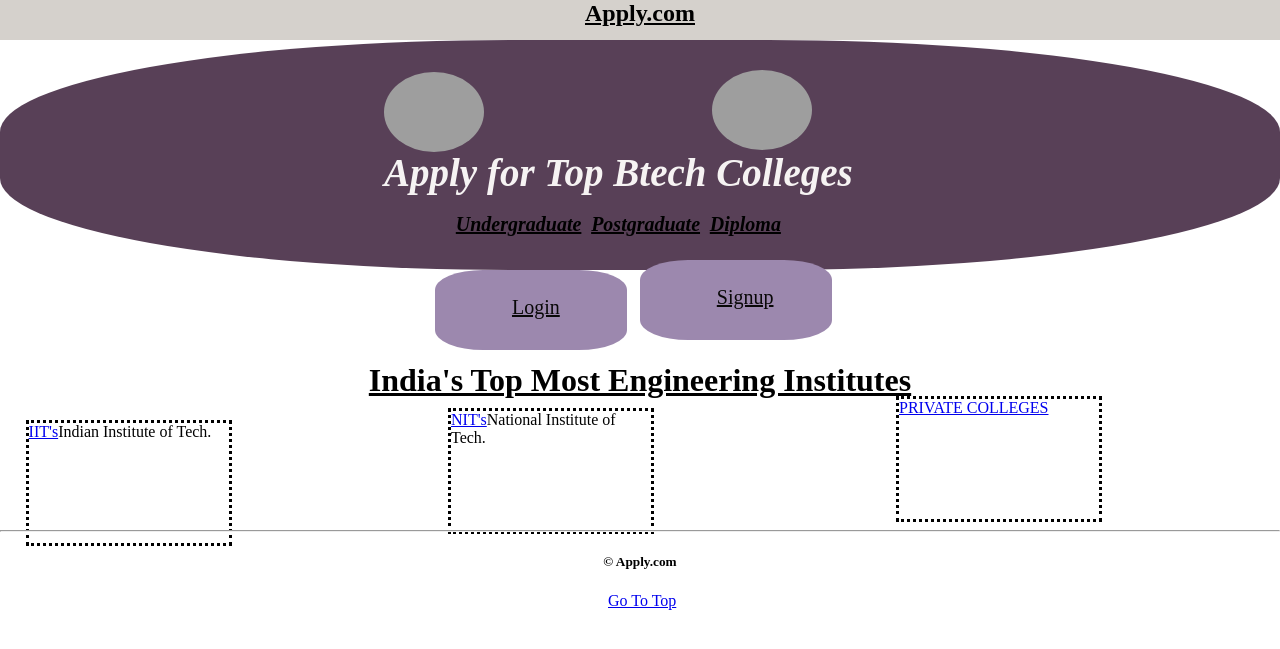
Repository: dashmeenkalra/dashmeen_kalra
Page: css,bootstrap/CSS/btech.html
The author's editor kept a copy of each file at every save. The page is drawn from the files as they stood at one save, then again after the next save.
The browser window is 1280 px wide. The pictures show the whole page.
Pictures or frames that could not be fetched are drawn as grey boxes.

Above is the page before, as saved 2023-03-28 20:07:39.

### css,bootstrap/CSS/btech.html
<html>
    <head>
        <link href="btech.css" rel="stylesheet"/>
        <title>
            Welcome to apply.com
        </title>
    </head>
    <body>
        <header>
            <header id="header">
            <h2>Apply.com</h2>
        </header>
        <div id="app">
            <div class="wri">
                <div id="ball">
                </div>
                <div id="ball2">
                </div>
                Apply for Top Btech Colleges</br>
                <a href="" class="id">Undergraduate</a>
                <a href="" class="id">Postgraduate</a>
                <a href="" class="id">Diploma</a>
            </div>
        </div>
        <div class="log">
            <a href="" class="id1"> Login</a>
        </div>
        <div class="log1">
            <a href="" class="id1">Signup</a>
        </div>
        <h1>India's Top Most Engineering Institutes</h1>
        <div id="type">
            <a href="#" class="aa">IIT's</a>Indian Institute of Tech.
        </div>
        <div id="type1">
            <a href="#" class="bb">NIT's</a>National Institute of Tech.
        </div>
        <div id="type2">
            <a href="#" class="cc">PRIVATE COLLEGES</a>
        </div>
        <hr/>
        <footer>
        <h5> &copy; Apply.com</h5>
        <a href="#header" id="at" >Go To Top</a>
        </footer>
    </body>
</html>

### css,bootstrap/CSS/btech.css
body{
    margin:0px;
}
header{
    background-color:rgb(213, 209, 204);
    height: 40px;
}
header > h2{
    text-align: center;
    text-decoration:underline;
}
#app{
    background-color: rgb(88, 64, 87);
    height:230px;
    width:100%;
    border-radius:40%;
}
#ball{
    height: 80px;
    width: 100px;
    border-radius: 50%;
    margin-top: -15%;
    background-image: url('https://th.bing.com/th/id/OIP.LoeVs1S4Xra84vvvtkj3PQHaLG?pid=ImgDet&rs=1');
    background-size: cover;
    background-repeat: no-repeat;
}
#ball2{
    height: 80px;
    width: 100px;
    border-radius: 50%;
    margin-top: -17.5%;
    margin-left: 70%;
    background-image: url('https://wallpapercave.com/wp/wp2036967.jpg');
    background-size: cover;
    background-repeat: no-repeat;
}
.wri{
    text-align: center;
    margin-left: 30%;
    font-weight: bolder;
    font-style: oblique;
    font-size: 39px;
    margin-top: 8%;
    position: absolute;
    color: rgb(246, 243, 243);

}
.id{
    font-size: 20px;
    color: black;
}
.log{
    background-color: rgb(156, 136, 174);
    height:80px;
    width:15%;
    margin-left:34%;
    border-radius:25%;
}
.id1{
    font-size: 20px;
    color: rgb(9, 8, 8);
    margin-left:6%;
    margin-top:2%;
    position: absolute;
}
.log1{
    background-color: rgb(156, 136, 174);
    height:80px;
    width:15%;
    margin-left:50%;
    border-radius:25%;
    margin-top: -7.01%;
}
h1{
    text-align: center;
    text-decoration: underline;
}
#type{
    border: dotted;
    height:120px;
    width: 200px;
    margin-left:2%;
}
#type > h2{
  text-align: center;
  margin-top: 26%;
}
#type1{
    border: dotted;
    height:120px;
    width: 200px;
    margin-left:35%;
    margin-top:-10.8%;
}
#type1 > h2{
    text-align: center;
    margin-top: 26%;
}
#type2{
    border: dotted;
    height:120px;
    width: 200px;
    margin-left:70%;
    margin-top:-10.8%;
}
#type2 > h2{
    text-align: center;
    margin-top: 20%;
}
h5{
    text-align: center;
}
#at{
    text-align: center;
    margin-left: 47.5%;
}

After the next save:
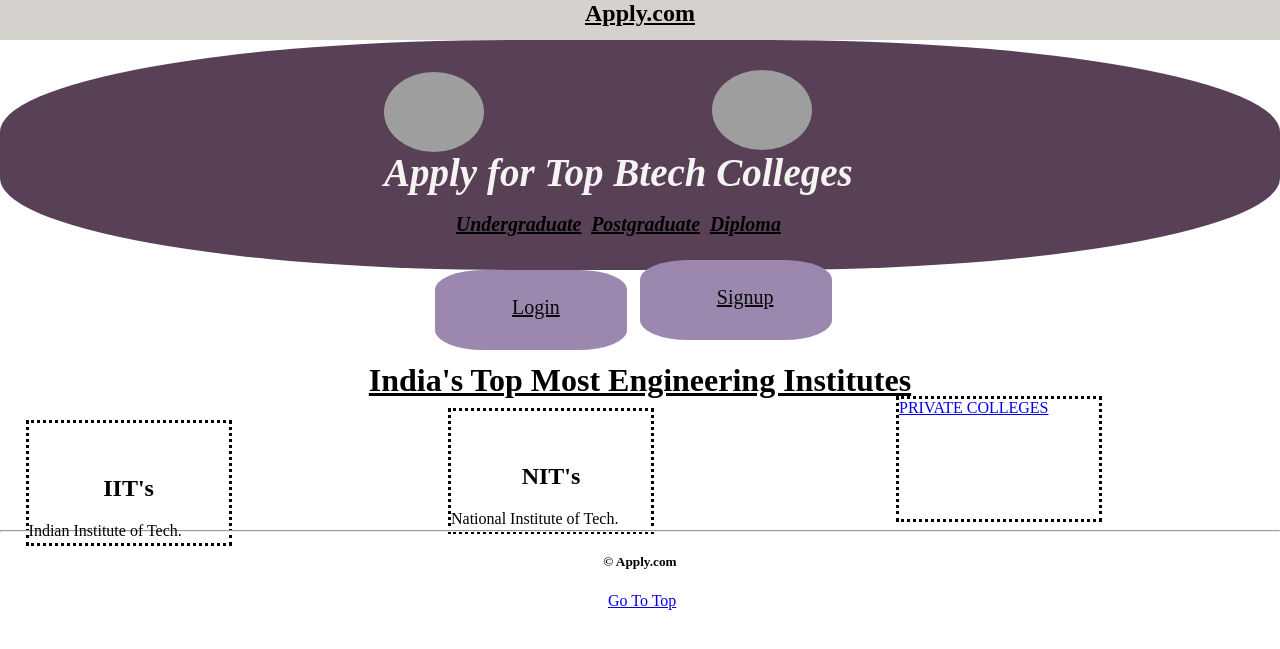
Saved 9 s later.
--- a/css,bootstrap/CSS/btech.html
+++ b/css,bootstrap/CSS/btech.html
@@ -30,13 +30,14 @@
         </div>
         <h1>India's Top Most Engineering Institutes</h1>
         <div id="type">
-            <a href="#" class="aa">IIT's</a>Indian Institute of Tech.
+        <h2>IIT's</h2>Indian Institute of Tech.
         </div>
         <div id="type1">
-            <a href="#" class="bb">NIT's</a>National Institute of Tech.
+            <h2>NIT's</h2>National Institute of Tech.
+
         </div>
         <div id="type2">
-            <a href="#" class="cc">PRIVATE COLLEGES</a>
+            <a href="#">PRIVATE COLLEGES</a>
         </div>
         <hr/>
         <footer>
